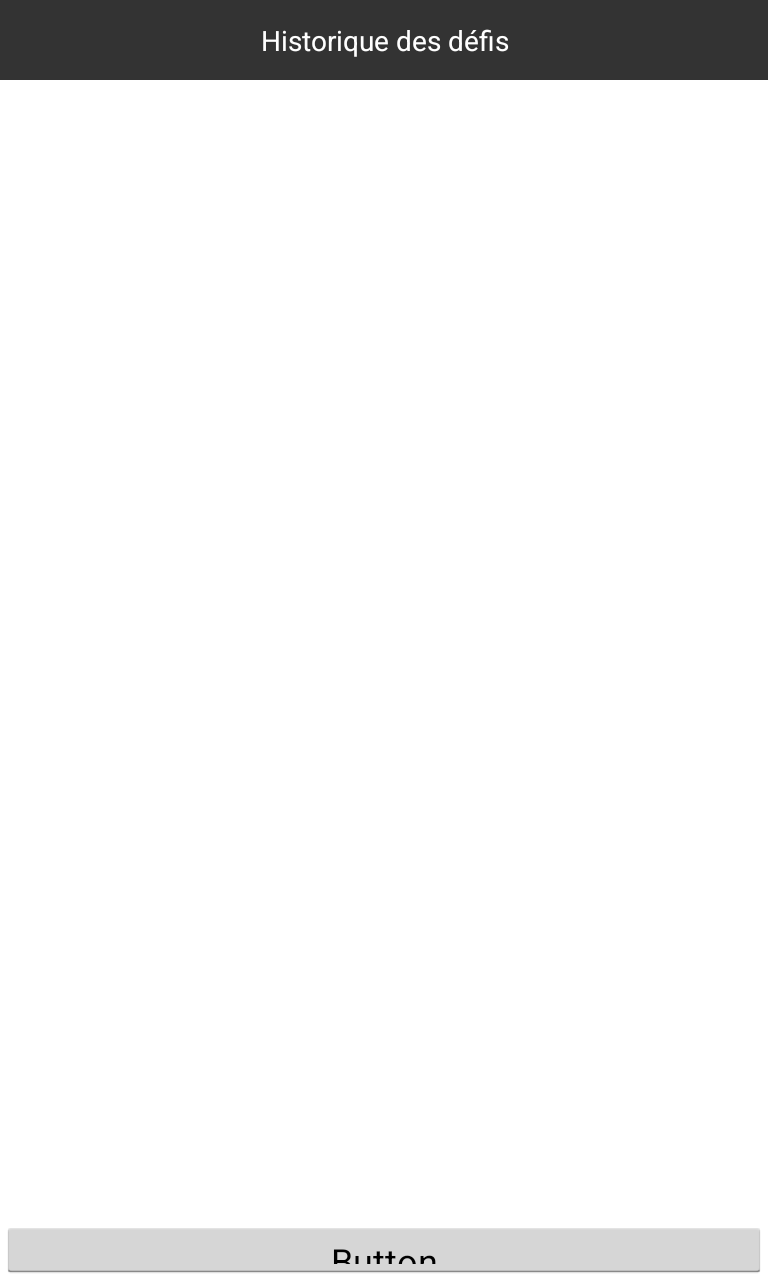
Repository: dekeym/Projet-IHM
Layout: WorkSpace/ChallengeMe/res/layout/fragment_history.xml
An editor plug-in stored every save of this project. The layout is shown before and after the next save, followed by the edit.
It is drawn on a 768 x 1280 px phone screen (xhdpi) without system bars, with theme android:Theme.Holo.Light.DarkActionBar; the app's code is not run. Lists and similar views that code fills are empty.

Above is the layout before, as saved 2014-12-18 10:10:20.

### WorkSpace/ChallengeMe/res/layout/fragment_history.xml
<?xml version="1.0" encoding="utf-8"?>
<RelativeLayout xmlns:android="http://schemas.android.com/apk/res/android"
    android:id="@+id/RelativeLayout1"
    android:layout_width="match_parent"
    android:layout_height="match_parent"
    android:orientation="vertical" >

    <TextView
        android:id="@+id/historyUser"
        android:layout_width="478dp"
        android:layout_height="40dp"
        android:layout_alignParentLeft="true"
        android:background="#333333"
        android:gravity="center"
        android:text="Historique des entraînements"
        android:textColor="@android:color/white"
        android:textSize="14sp" />

    <ListView
        android:id="@+id/listHistoryUser"
        android:layout_width="match_parent"
        android:layout_height="wrap_content"
        android:layout_alignRight="@+id/historyUser"
        android:layout_below="@+id/historyUser" >

    </ListView>

    <TextView
        android:id="@+id/historyCompet"
        android:layout_width="478dp"
        android:layout_height="40dp"
        android:layout_alignParentRight="true"
        android:layout_alignParentTop="true"
        android:background="#333333"
        android:gravity="center"
        android:textColor="@android:color/white"
        android:text="Historique des défis"
        android:textSize="14sp" />

    <ListView
        android:id="@+id/listHistoryCompet"
        android:layout_width="match_parent"
        android:layout_height="wrap_content"
        android:layout_alignLeft="@+id/historyCompet"
        android:layout_alignRight="@+id/historyCompet"
        android:layout_alignTop="@+id/listHistoryUser" >

    </ListView>

    <Button
        android:id="@+id/button1"
        android:layout_width="fill_parent"
        android:layout_height="30dp"
        android:layout_alignParentBottom="true"
        android:layout_alignParentLeft="true"
        android:text="Button" />

</RelativeLayout>

After the next save:
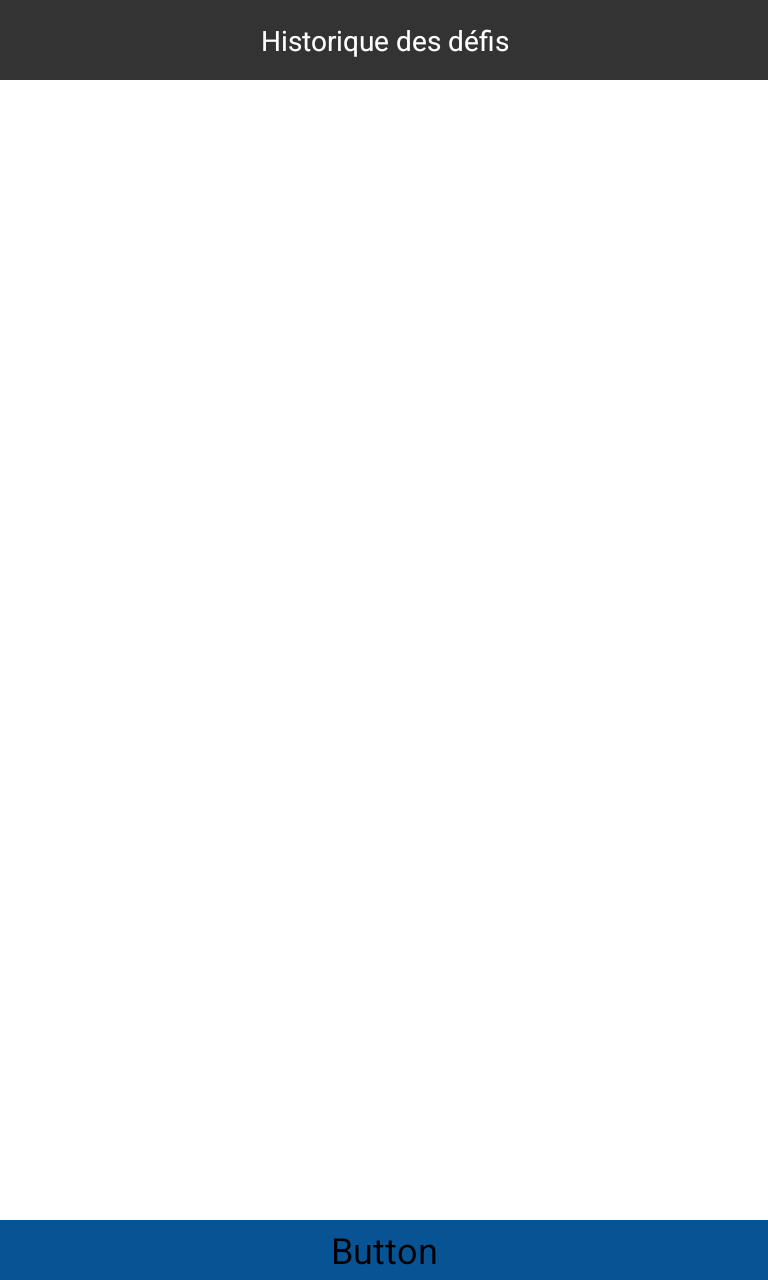
Saved 22 s later.
--- a/WorkSpace/ChallengeMe/res/layout/fragment_history.xml
+++ b/WorkSpace/ChallengeMe/res/layout/fragment_history.xml
@@ -20,6 +20,7 @@
         android:id="@+id/listHistoryUser"
         android:layout_width="match_parent"
         android:layout_height="wrap_content"
+        android:layout_above="@+id/button1"
         android:layout_alignRight="@+id/historyUser"
         android:layout_below="@+id/historyUser" >
 
@@ -41,6 +42,7 @@
         android:id="@+id/listHistoryCompet"
         android:layout_width="match_parent"
         android:layout_height="wrap_content"
+        android:layout_alignBottom="@+id/listHistoryUser"
         android:layout_alignLeft="@+id/historyCompet"
         android:layout_alignRight="@+id/historyCompet"
         android:layout_alignTop="@+id/listHistoryUser" >
@@ -53,6 +55,7 @@
         android:layout_height="30dp"
         android:layout_alignParentBottom="true"
         android:layout_alignParentLeft="true"
+        android:background="#085394"
         android:text="Button" />
 
 </RelativeLayout>
